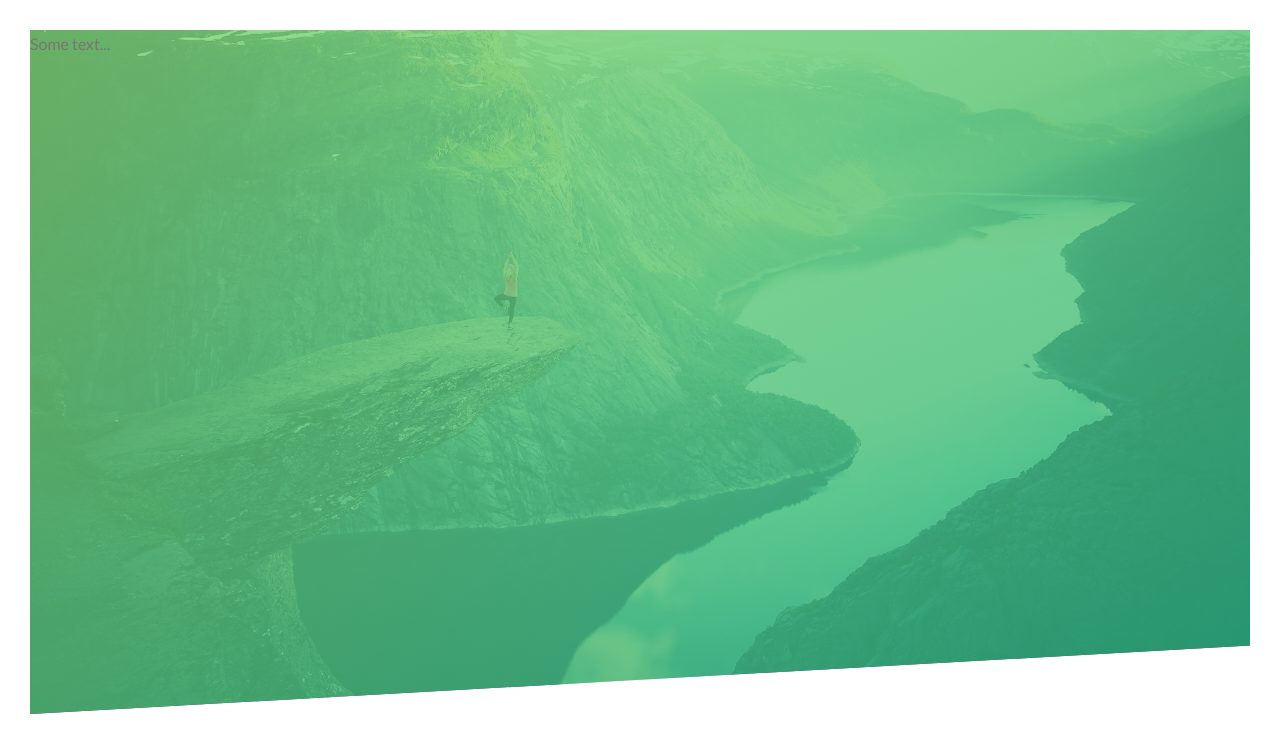
Repository: kamilluc/advanced-css-course
Page: Natours/my-implementation/index.html
These files come from the project's save history. The page is drawn as it stood at one moment and after the next save; the edit follows.
The browser window is 1280 px wide. The pictures show the whole page.

Above is the page before, as saved 2019-05-24 21:03:51.

After the next save:
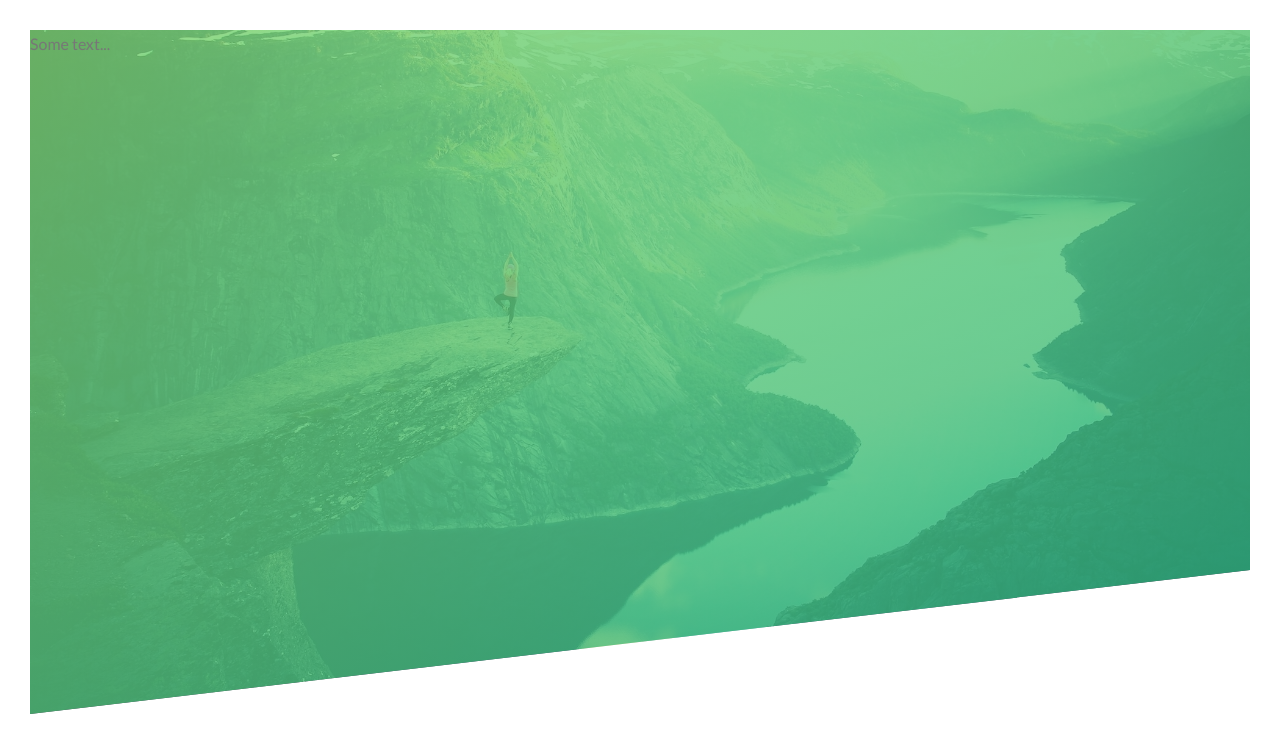
Saved 2 min 37 s later.
--- a/Natours/my-implementation/css/style.css
+++ b/Natours/my-implementation/css/style.css
@@ -36,5 +36,5 @@ body {
     url("../img/hero.jpg");
   background-size: cover;
   background-position: top;
-  clip-path: polygon(0 0, 100% 0, 100% 90%, 0 100%);
+  clip-path: polygon(0 0, 100% 0, 100% 75vh, 0 100%);
 }
